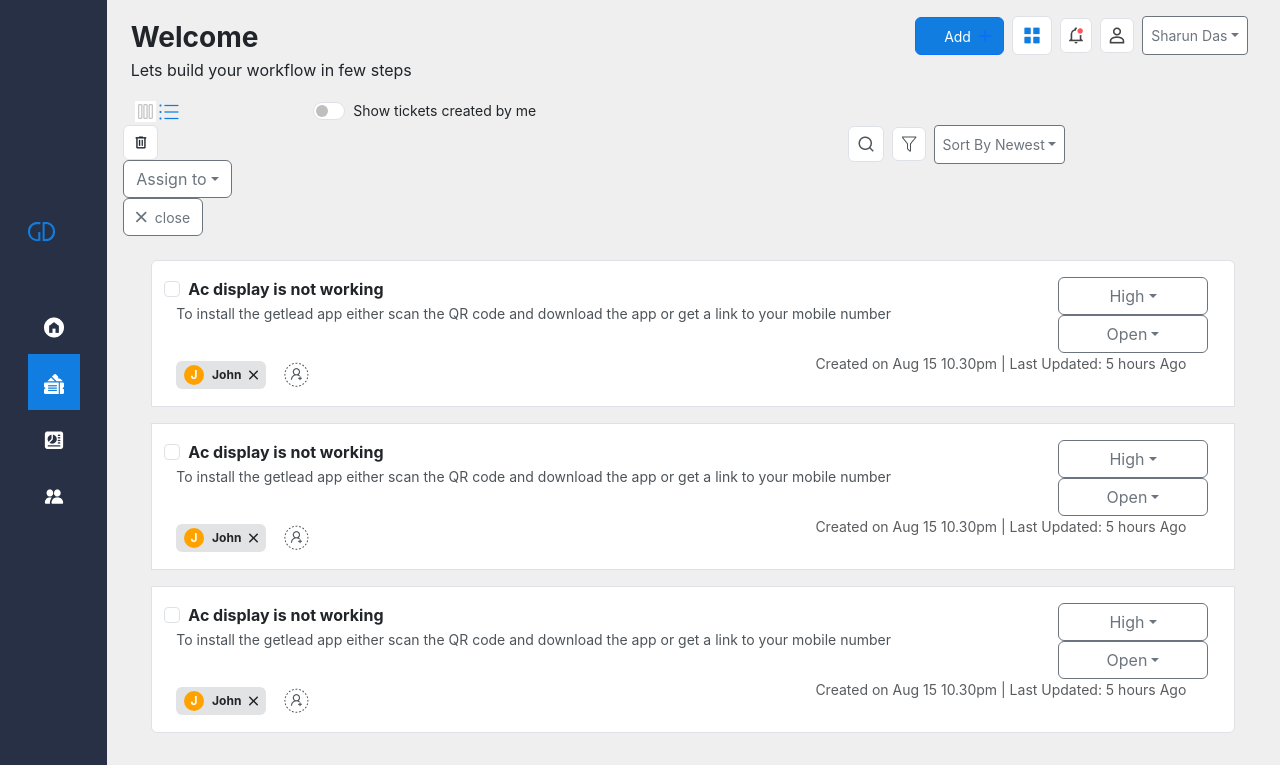
Repository: rishikarajeev/GL_HelpDesk
Page: /
The author's editor kept a copy of each file at every save. The page is drawn from the files as they stood at one save, then again after a run of saves.
The browser window is 1280 px wide. The pictures show the whole page.
The project was rebuilt for these pictures with package versions that can differ from the ones it lists, and the page was loaded fresh each time. Also part of the build but not shown: src/App.css, src/Pages/HomePage.jsx.

Above is the page before, as saved 2024-01-11 15:42:05.

After the next 8 saves:
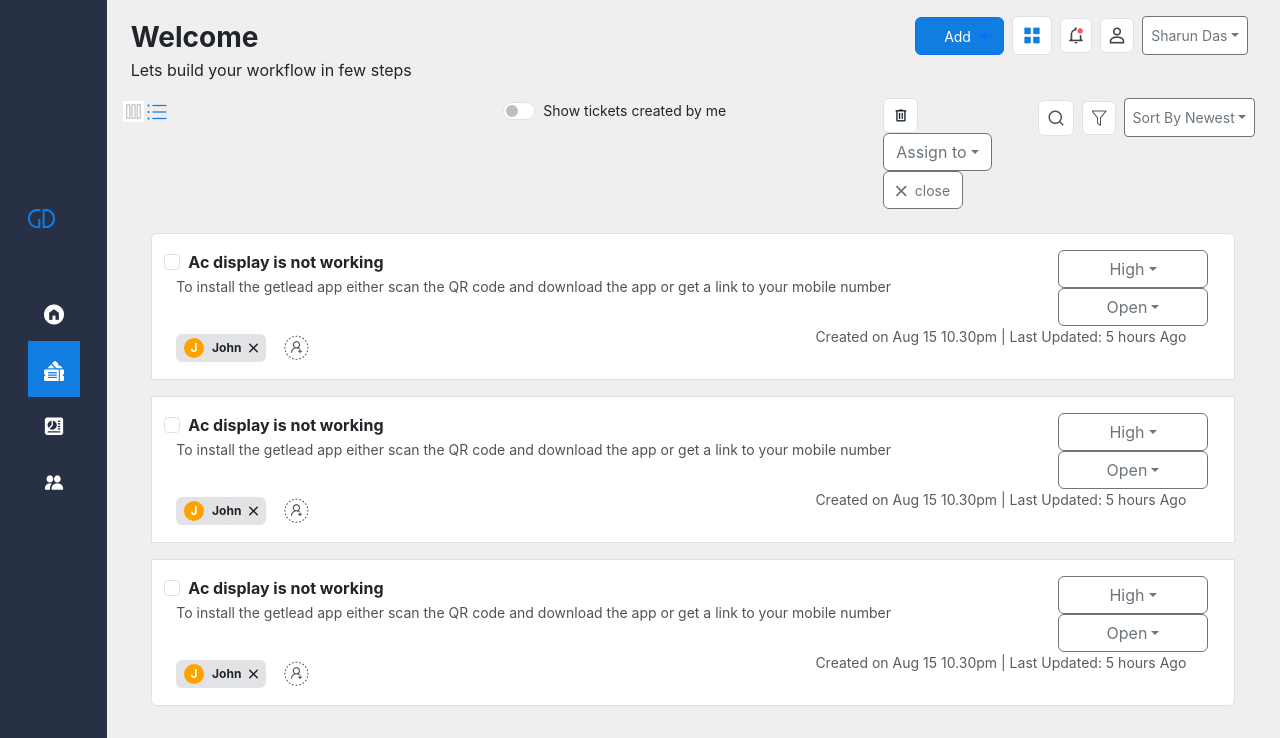
The 8 saves are shown as one change because they came seconds apart.
The last was saved 15 s later.
--- a/src/Pages/ViewTickets.jsx
+++ b/src/Pages/ViewTickets.jsx
@@ -21,13 +21,13 @@ import filter_icon from "../Assets/Images/cil_filter.png";
 
 function ViewTickets() {
   return (
-    <Container >
+    <Container>
      <Row className="mt-3 mb-2 ">
-  <Col className="col-2 ">
+  <Col className="col-4 p-0">
     <img src={column_icon} alt="Local Icon" />
     <img src={list_icon} />
   </Col>
-  <Col className=" col-5 d-none d-lg-block p-0 ">
+  <Col className=" col-4 d-none d-lg-block p-0 justify-content-evenly">
     <div className="form-check form-switch align-items-start">
       <label className="form-check-label small p" htmlFor="flexSwitchCheckDefault">
         Show tickets created by me
@@ -40,7 +40,7 @@ function ViewTickets() {
       />
     </div>
   </Col>
-  <Col className=" col-6 d-none d-lg-block p-0 y">
+  <Col className=" col-auto d-none d-lg-block p-0 y">
     <Image
       src={delete_icon}
       alt="Local Icon"
@@ -64,7 +64,7 @@ function ViewTickets() {
       <span className="small ms-2">close</span>
     </Button>
   </Col>
-  <Col className=" col-4 text-end d-none d-lg-block p-0">
+  <Col className=" text-end d-none d-lg-block p-0">
     <img
       src={search_icon}
       alt="Local Icon"
